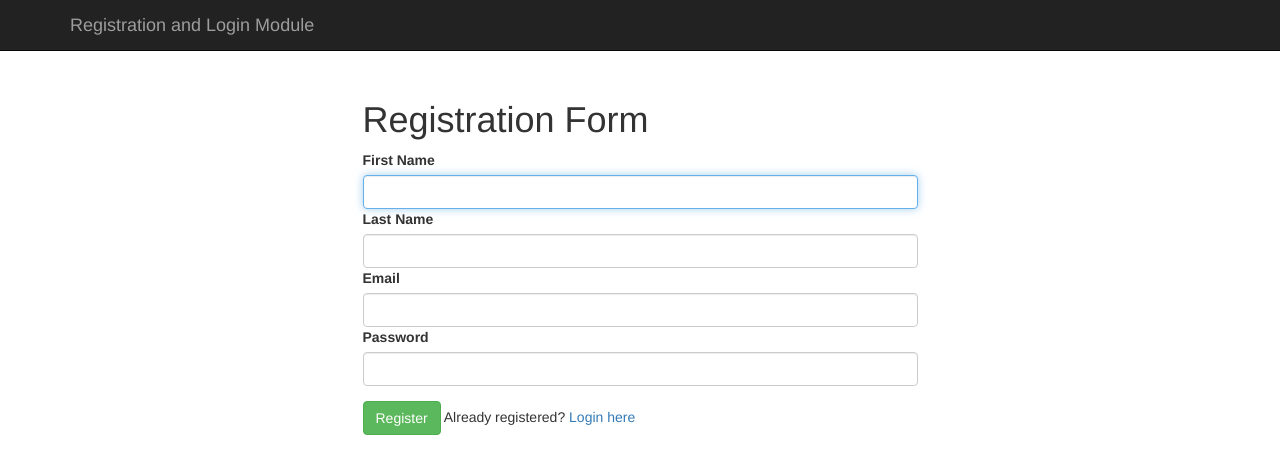
Repository: chrissiedesemberg/compuways-spring
Page: http://localhost/registration
The author's editor kept a copy of each file at every save. The page is drawn from the files as they stood at one save, then again after the next save.
The browser window is 1280 px wide. The pictures show the whole page.
The page is this project's Thymeleaf template; nobody is signed in. The template is opened directly, without the code that normally fills it, so the values that code supplies are empty.

Above is the page before, as saved 2021-05-05 07:56:26.

After the next save:
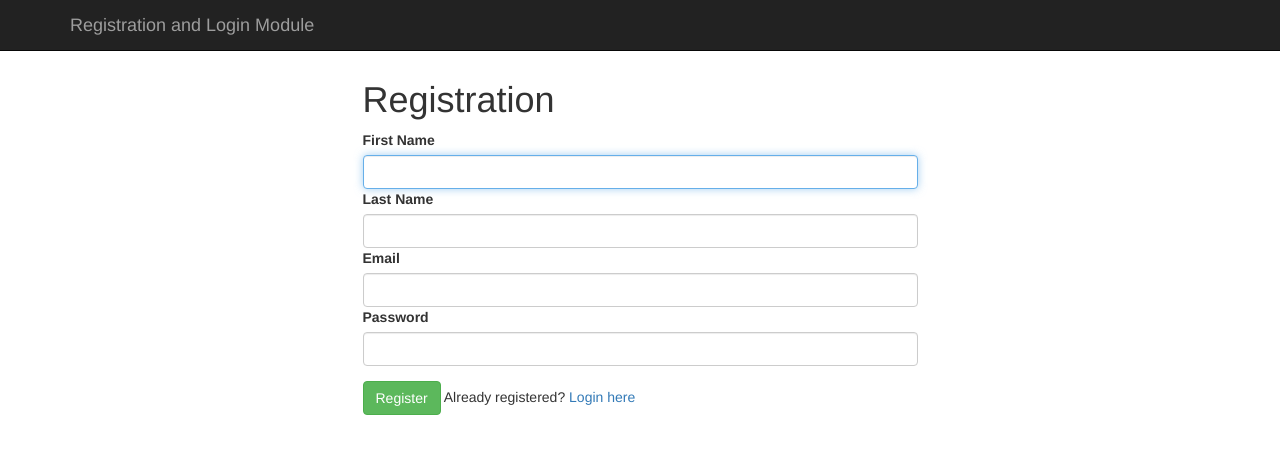
Saved 38 s later.
--- a/App - Login and Registration Pages/registration-login-springboot-security-thymeleaf/src/main/resources/templates/registration.html
+++ b/App - Login and Registration Pages/registration-login-springboot-security-thymeleaf/src/main/resources/templates/registration.html
@@ -31,7 +31,6 @@
 	<br>
 	<br>
 	<br>
-	<br>
 
 	<!--  create registration form -->
 	<div class="container">
@@ -44,7 +43,7 @@
 						to our app!</div>
 				</div>
 
-				<h1>Registration Form</h1>
+				<h1>Registration</h1>
 				<form th:action="@{/registration}" method="post" th:object="${user}">
 					<div class="form-group">
 						<label class="control-label" for="firstName">First Name</label>
